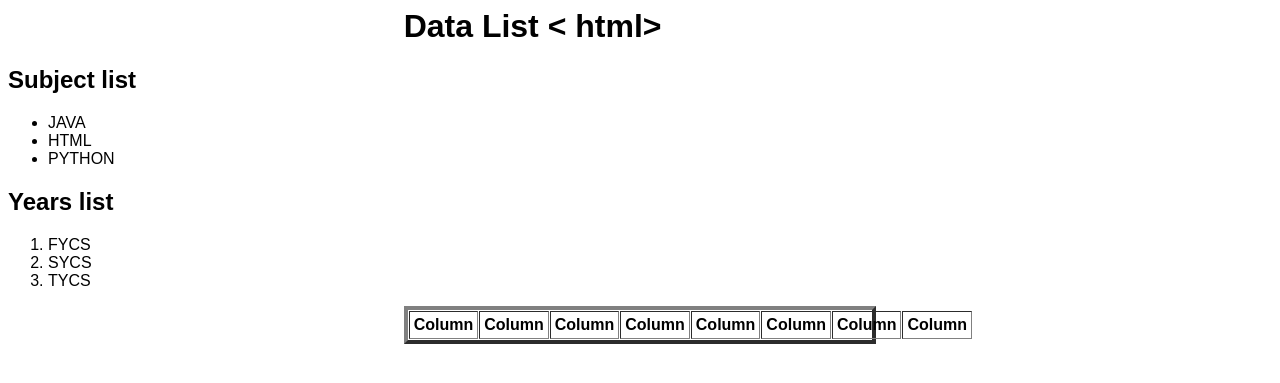
Repository: AdityaTech-Pro/FullStackWithBridgelabz
Page: Assignment2/Data_List/index.html
The author's editor kept a copy of each file at every save. The page is drawn from the files as they stood at one save, then again after the next save.
The browser window is 1280 px wide. The pictures show the whole page.

Above is the page before, as saved 2025-10-15 09:16:16.

### Assignment2/Data_List/index.html
<html>

<head>
    <style>
        body {
            font-family: Arial, Helvetica, sans-serif;
        }

        .center {
            display: block;
            margin-left: auto;
            margin-right: auto;
            width: 37.4%;
        }
    </style>
</head>
<title>
    <h2>Welcome to My Web Page</h2>
</title>

<body>
    <table border="4" cellspacing="1" cellpadding="4" class="center">
        <h1 class="center">Data List
            < html>
                <html>

                <head>
                    <title>Creating List</title>
                </head>

                <body>
                    <h2>Subject list </h2>
                    <ul>
                        <li>JAVA</li>
                        <li>HTML</li>
                        <li>PYTHON</li>
                    </ul>
                    <h2>Years list</h2>
                    <ol>
                        <li>FYCS</li>
                        <li>SYCS</li>
                        <li>TYCS</li>
                    </ol>
                </body>

                </html>
        </h1>
        <tr>
            <th>Column</th>
            <th>Column</th>
            <th>Column</th>
            <th>Column</th>
            <th>Column</th>
            <th>Column</th>
            <th>Column</th>
            <th>Column</th>
        </tr>
</body>

</html>

After the next save:
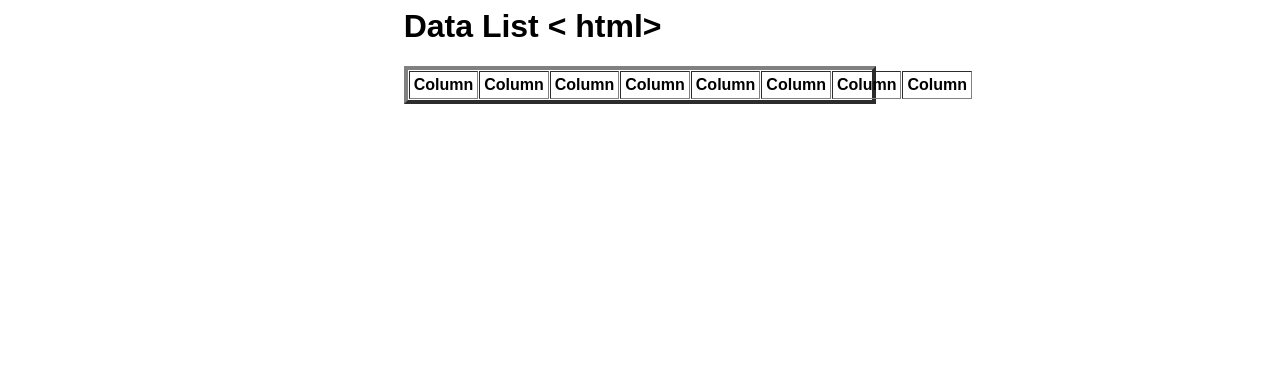
Saved 19 s later.
--- a/Assignment2/Data_List/index.html
+++ b/Assignment2/Data_List/index.html
@@ -24,26 +24,6 @@
             < html>
                 <html>
 
-                <head>
-                    <title>Creating List</title>
-                </head>
-
-                <body>
-                    <h2>Subject list </h2>
-                    <ul>
-                        <li>JAVA</li>
-                        <li>HTML</li>
-                        <li>PYTHON</li>
-                    </ul>
-                    <h2>Years list</h2>
-                    <ol>
-                        <li>FYCS</li>
-                        <li>SYCS</li>
-                        <li>TYCS</li>
-                    </ol>
-                </body>
-
-                </html>
         </h1>
         <tr>
             <th>Column</th>
